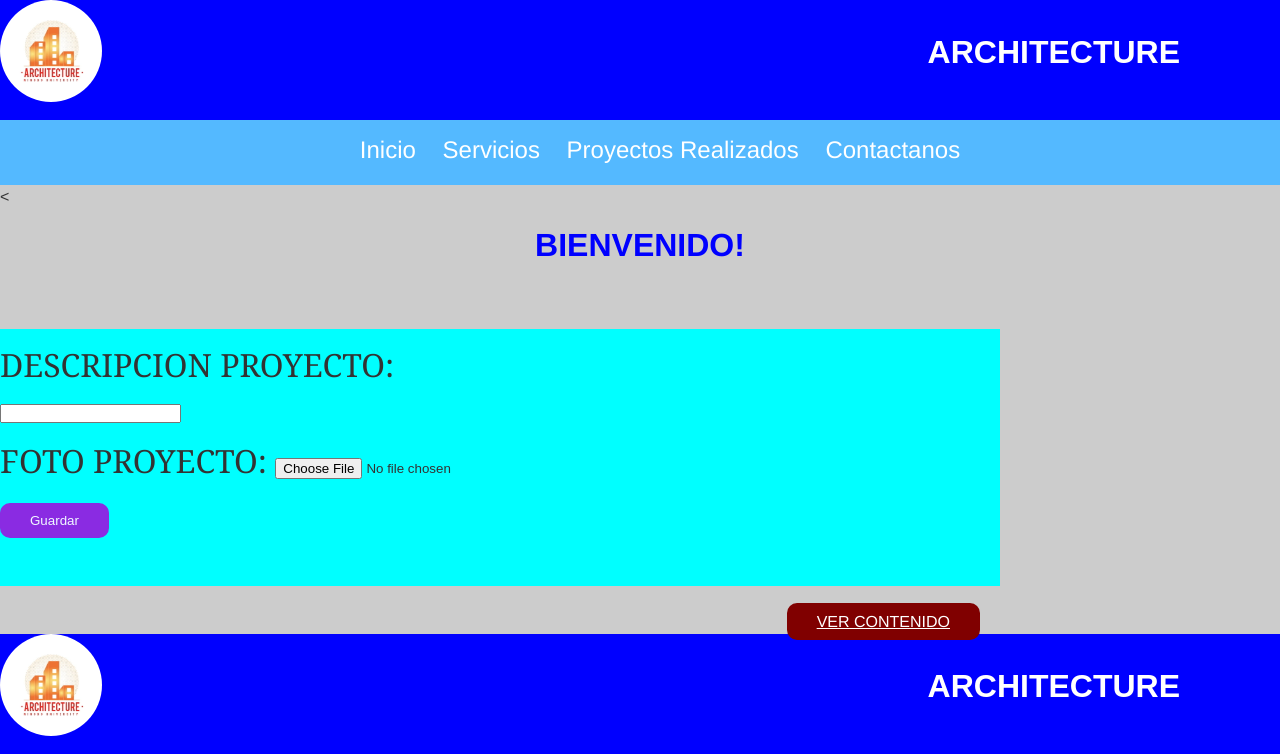
Repository: gabrielestrella18/htdocs
Page: http://localhost/arquitectos/control.php
These files come from the project's save history. The page is drawn as it stood at one moment and after the next save; the edit follows.
The browser window is 1280 px wide. The pictures show the whole page.
The page is run by PHP 8.4 with error messages shown; the project is at /var/www/html/.

Above is the page before, as saved 2023-12-11 01:17:30.

### arquitectos/control.php
<!DOCTYPE html>
<html lang="en">
  <head>
    <title></title>
    <meta charset="UTF-8">
    <meta name="viewport" content="width=device-width, initial-scale=1">
    <link href="estilo.css" rel="stylesheet">
  </head>
  <body>

<?php

include  "arriba.php"
?>

<?php
include "menu.php"
?>
<
<br><br>

<h5>BIENVENIDO!</h5>
<br><br><br>

<div class="ancho">
      <Form  id="form2" name="form2" method="post" action="recibir.php" enctype="multipart/form-data">

        <br>
        <P class="descri">DESCRIPCION PROYECTO: </P>
        <br>
<div>
  <input type="text" name="descripcion" id="descripcion" required />
  <br><br>
</div>

<p>FOTO PROYECTO: <input type="file" name="imagen"/> </p>
<br>

<div>
<button type="submit" name="guardarfoto" id="guardarfoto">Guardar</button>

</div>

<br><br>

      </Form>
      </div>
      <br>
<div class="alinear" >
  <a href="proyectos.php" id="mostrar">VER CONTENIDO</a>
</div>


    </div>


<?php
include "abajo.php"
?>


  </body>
</html>

### arquitectos/arriba.php
<div class="azul">
  <img  class="lg"src="imagenes/arch.jpg" alt="">

  <h1>ARCHITECTURE</h1>
</div>

### arquitectos/menu.php
<div class="menu">
<div class="menuOpciones">
            <a href="index.php">Inicio</a>
            <a href="servicios.php">Servicios</a>
            <a href="proyectos.php">Proyectos Realizados</a>
            <a href="contactos.php">Contactanos</a>
            </div>

</div>

### arquitectos/abajo.php

<div class="azul">
  <img  class="lg"src="imagenes/arch.jpg" alt="">

  <h1>ARCHITECTURE</h1>
</div>

### arquitectos/estilo.css
* {
    box-sizing: border-box;
    margin: 0;
    padding: 0;
}

body {
    font-family: helvetica;
    font-size: 16px;
    line-height: 24px;
    color: #333;
    background-color: #cccccc;
    max-width: 1400px;
}

.azul {
    background-color: blue;
    padding-bottom: 120px;
}

.lg {
    float: left;
    width: 8%;
    height: 8%;
    border-radius: 80px;
}

h1 {
    color: white;
    float: right;
    font-family: sans-serif;
    text-align: end;
    padding-top: 40px;
    padding-right: 100px;
}

.menu {
    border: 1px #54b9ff solid;
    background-color: #54b9ff;
    height: 65px;
}

.menuOpciones {
    padding-top: 12px;
    text-align: center;
    margin-top: 5px;
    padding-left: 40px;
    font-size: x-large;
}

.menuOpciones a {
    text-decoration: none;
    color: white;
    padding: 10px;
}

.menuOpciones a:hover {
    color: #373b39;
    background-color: #0afc83;
    padding-top: 16px;
    padding-bottom: 21px;
}

.contenedor_fondo {
    width: 1350px;
    height: 600px;
    margin: auto;
    background-image: url(imagenes/fondoarq.jpg);
    background-repeat: no-repeat;
    background-size: cover;
}

.textofoto {
    color: rgb(7, 2, 2);
    margin: auto;
    text-align: center;
    line-height: 35px;
    padding-top: 200px;
    font-size: x-large;
}

.video {
    text-align: center;
    background-color: #373b39;
    border-radius: 100px;
    width: 700px;
    margin: auto;
    padding-top: 40px;
    padding-bottom: 40px;
}

.botoncito {
    text-align: center;
}

.boton1 {
    color: #ece80f;
    background-color: #ce1111;
    padding-top: 20px;
    padding-bottom: 20px;
    padding-left: 10px;
    padding-right: 10px;
    border-radius: 20px;
    text-decoration: none;
}

h3 {
    text-align: center;
}

.serv {
    background-color: #ece80f;
    padding-top: 20px;
    padding-bottom: 20px;
    padding-left: 10px;
    padding-right: 10px;
    border-radius: 20px;
}

.ser {
    padding-left: 450px;
    padding-right: 450px;
}

p {
    font-weight: 400px;
    font-size: xx-large;
}

.text {
    text-align: center;
}

.caja1 {
    float: left;
    padding-left: 150px;
    padding-top: 60px;
}

.caja2 {
    float: right
}

.plan {
    width: 70%;
    height: 70%;
}

.rojo {
    color: rgb(255, 0, 0);
    font-weight: 800;
}

.text {
    color: black;
    font-size: large;
}

.caja3 {
    float: right;
    padding-right: 200px;
    padding-top: 120px;
}

.caja4 {
    float: left;
}

.co {
    padding-left: 100px;
    width: 600px;
    height: 320px;
}

.caja5 {
    float: left;
    padding-left: 150px;
    padding-top: 60px;
}

.caja6 {
    float: right;
    padding-right: 200px;
}

.re {
    width: 450px;
    height: 300px;
}

.display {
    display: inline-block;
    width: 1350px;
}

.mira {
    text-align: center;
    display: inline-block;
    width: 700px;
}

.ubica {
    display: inline-block;
    width: 600px;
    text-align: center;
    padding-left: 150px;
}

.ubi {
    width: 600px;
    height: 300px;
}

.boton2 {
    color: #ece80f;
    background-color: #ce1111;
    padding-top: 20px;
    padding-bottom: 20px;
    padding-left: 10px;
    padding-right: 10px;
    border-radius: 20px;
    text-decoration: none;
}

.rapi {
    color: rgb(243, 243, 248);
    font-family: 'Franklin Gothic Medium';
    font-size: large;
    background-color: rgb(68, 67, 66);
    border-radius: 20px;
    padding-top: 10px;
    padding-bottom: 10px;
    display: inline-block;
    padding-left: 10px;
    padding-right: 10px;
}

.cuadrado {
    border: 4px #eaeaea solid;
    background-color: #eaeaea;
    padding: 6px 50px;
}

.campos {
    border-radius: 20px;
    border: 1px #999 solid;
    padding: 7px;
    width: 400px;
    /* para que se separen */
    margin-left: 20px;
}

.boton3 {
    padding: 5px 10px;
    margin-left: 35px;
    color: #f0dbdb;
    background-color: #ff5454;
    border-radius: 20px;
    padding-top: 18px;
    padding-bottom: 18px;
    padding-left: 20px;
    padding-right: 20px;
}

.boton3:hover {
    background-color: #38065a;
    color: white;
}

.boton4 {
    padding: 5px 10px;
    background-color: aqua;
    border-radius: 20px;
    padding-top: 18px;
    padding-bottom: 18px;
    padding-left: 20px;
    padding-right: 20px;
}

.boton4:hover {
    background-color: #aaff0b;
    color: white;
}

.centro {
    text-align: center;
}

.contenedor2 {
    width: 1350px;
    height: 700px;
    margin: auto;
    background-image: url(imagenes/muchos.gif);
    background-repeat: no-repeat;
    background-size: cover;
}

h4 {
    color: blue;
    text-align: center;
    font-size: xx-large;
}

.admi {
    text-align: center;
}

.ad {
    color: white;
    background-color: rgb(46, 42, 42);
    border-radius: 20px;
    padding-top: 10px;
    padding-bottom: 10px;
    padding-left: 10px;
    padding-right: 10px;
}

h5 {
    color: blue;
    text-align: center;
    font-size: xx-large;
}

#proy {
    color: white;
    background-color: rgb(5, 5, 48);
    border-radius: 20px;
    padding-top: 10px;
    padding-bottom: 10px;
    padding-left: 10px;
    padding-right: 10px;
    text-decoration: none;
}

.alin {
    display: inline-block;
    width: 600px;
    text-align: center;
}

.lateral {
    display: inline-block;
    width: 1300px;
}

.mueble {
    display: inline-block;
    width: 600px;
}

.mueb {
    width: 70%;
    height: 90%;
}

#cabecera {
    color: #333;
    background-color: yellow;
    text-align: center;
    font-size: x-large;
    padding-top: 30px;
    padding-bottom: 30px;
}

.ancho {
    width: 1000px;
    background-color: aqua;
}

#form1 {
    text-align: center;
}

h2 {
    color: black;
    font-family: fantasy;
    text-align: start;
    background-color: brown;
    padding-top: 25px;
    padding-bottom: 15px;
    text-align: center;
}

p {
    font-family: Georgia, 'Times New Roman', Times, serif;
}

#guardarfoto {
    background-color: blueviolet;
    color: aliceblue;
    border: 0;
    padding: 10px 30px;
    border-radius: 10px;
}

.alinear {
    text-align: right;
    padding-right: 300px;
}

#mostrar {
    background-color: #800000;
    color: white;
    border: 0;
    padding: 10px 30px;
    border-radius: 10px;
}

.contenedor {
    max-width: 1000px;
    margin: auto;
    text-align: center;
    border: 2px green solid;
}

After the next save:
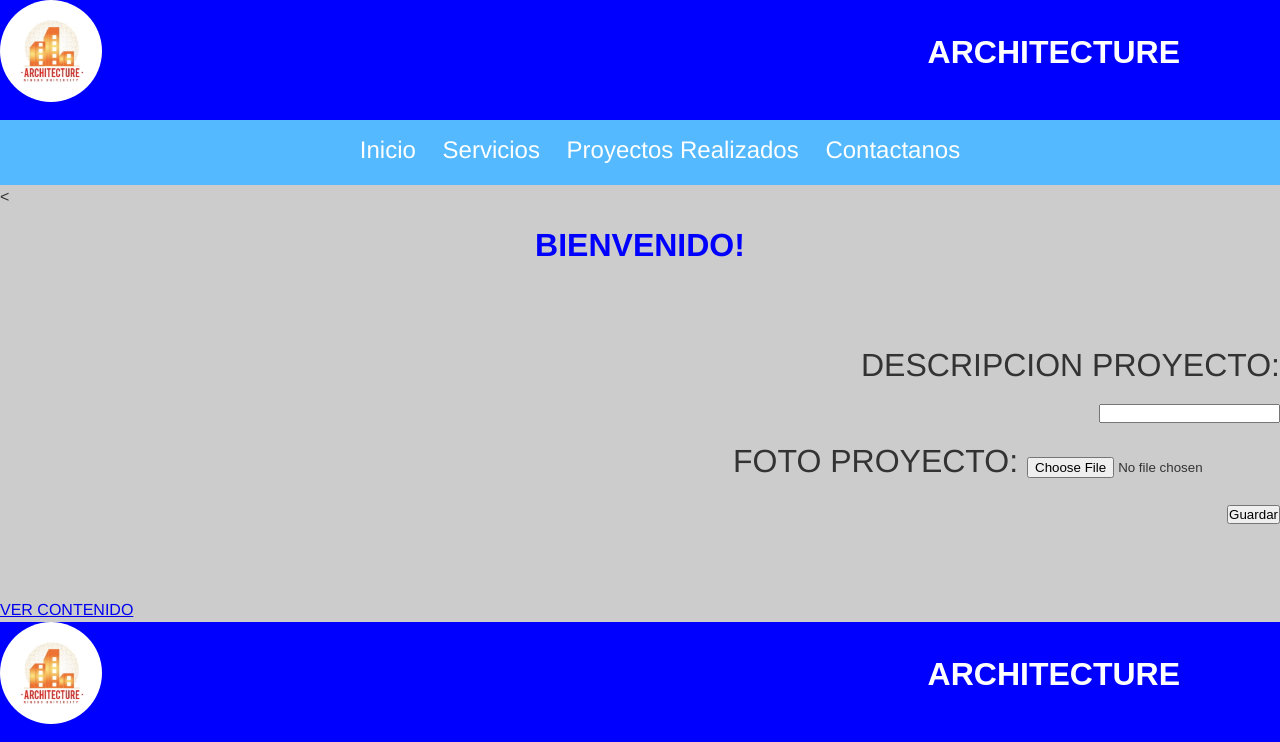
Saved 3 min 1 s later.
--- a/arquitectos/estilo.css
+++ b/arquitectos/estilo.css
@@ -353,62 +353,6 @@ h5 {
     height: 90%;
 }
 
-#cabecera {
-    color: #333;
-    background-color: yellow;
-    text-align: center;
-    font-size: x-large;
-    padding-top: 30px;
-    padding-bottom: 30px;
-}
-
-.ancho {
-    width: 1000px;
-    background-color: aqua;
-}
-
-#form1 {
-    text-align: center;
-}
-
-h2 {
-    color: black;
-    font-family: fantasy;
-    text-align: start;
-    background-color: brown;
-    padding-top: 25px;
-    padding-bottom: 15px;
-    text-align: center;
-}
-
-p {
-    font-family: Georgia, 'Times New Roman', Times, serif;
-}
-
-#guardarfoto {
-    background-color: blueviolet;
-    color: aliceblue;
-    border: 0;
-    padding: 10px 30px;
-    border-radius: 10px;
-}
-
-.alinear {
+#form2 {
     text-align: right;
-    padding-right: 300px;
-}
-
-#mostrar {
-    background-color: #800000;
-    color: white;
-    border: 0;
-    padding: 10px 30px;
-    border-radius: 10px;
-}
-
-.contenedor {
-    max-width: 1000px;
-    margin: auto;
-    text-align: center;
-    border: 2px green solid;
-}
+}
